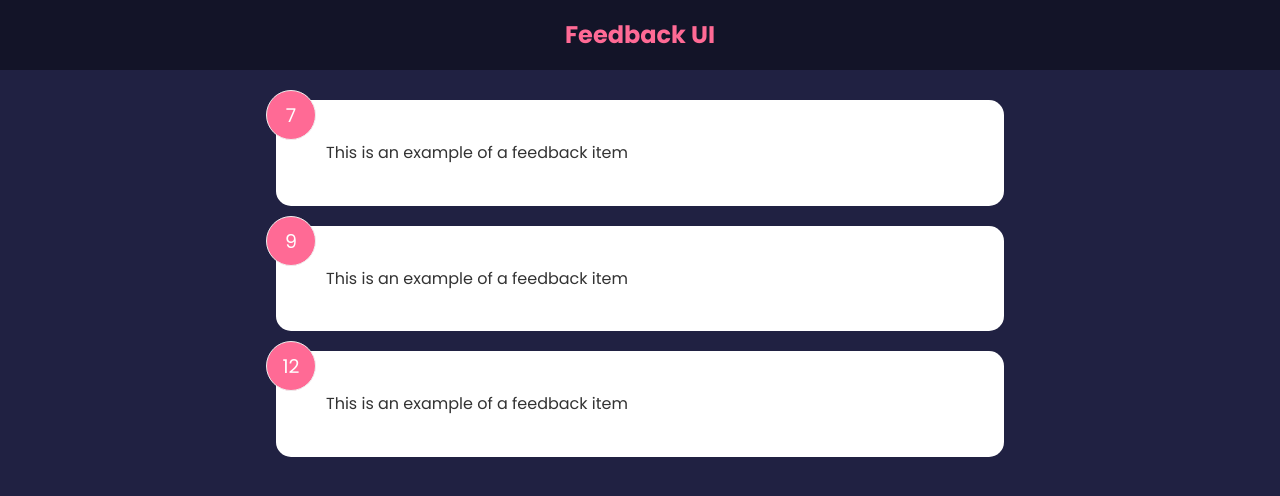
Repository: bayorwor/feedbackapp
Page: /
These files come from the project's save history. The page is drawn as it stood at one moment and after the next save; the edit follows.
The browser window is 1280 px wide. The pictures show the whole page.
The project was rebuilt for these pictures with package versions that can differ from the ones it lists, and the page was loaded fresh each time.

Above is the page before, as saved 2022-01-30 17:53:19.

### public/index.html
<!DOCTYPE html>
<html lang="en">
  <head>
    <meta charset="utf-8" />
    <link rel="icon" href="%PUBLIC_URL%/favicon.ico" />
    <meta name="viewport" content="width=device-width, initial-scale=1" />
    <meta name="theme-color" content="#000000" />
    <meta
      name="description"
      content="Web site created using create-react-app"
    />
    <link rel="apple-touch-icon" href="%PUBLIC_URL%/logo192.png" />
    <link rel="manifest" href="%PUBLIC_URL%/manifest.json" />
    <title>feedback app</title>
  </head>
  <body>
    <noscript>You need to enable JavaScript to run this app.</noscript>
    <div id="root"></div>
  </body>
</html>

### src/App.js
import { useState } from "react";
import Header from "./components/Header";
import feedbackData from "./data/feedBacks";
import FeedbackList from "./components/FeedbackList";

const App = () => {
  const [feedback, setFeedback] = useState(feedbackData);

  return (
    <>
      <Header />
      <div className="container">
        <FeedbackList feedback={feedback} />
      </div>
    </>
  );
};

export default App;

### src/components/Header.jsx
import React from "react";
import PropTypes from "prop-types";

const Header = ({ text, bgColor, textColor }) => {
  const headerStyle = {
    backgroundColor: bgColor,
    color: textColor,
  };

  return (
    <header style={headerStyle}>
      <div className="container">
        <h2>{text}</h2>
      </div>
    </header>
  );
};

Header.defaultProps = {
  text: "Feedback UI",
  bgColor: "rgba(0, 0, 0, 0.4)",
  textColor: "#ff6a95",
};

Header.propTypes = {
  text: PropTypes.string,
  bgColor: PropTypes.string,
  textColor: PropTypes.string,
};

export default Header;

### src/data/feedBacks.js
const feedbackData = [
  {
    rating: 7,
    text: "This is an example of a feedback item",
    id: 1,
  },
  {
    rating: 9,
    text: "This is an example of a feedback item",
    id: 2,
  },
  {
    rating: 12,
    text: "This is an example of a feedback item",
    id: 3,
  },
];

export default feedbackData;

### src/components/FeedbackList.jsx
import React from "react";
import FeedbaackItem from "./FeedbaackItem";

function FeedbackList({ feedback }) {
  if (!feedback || feedback.length === 0) {
    return <p>There are no feedbacks to display</p>;
  }

  return (
    <div className="feedback-list">
      {feedback.map((feedback) => (
        <FeedbaackItem key={feedback.id} feedback={feedback} />
      ))}
    </div>
  );
}

export default FeedbackList;

### src/components/FeedbaackItem.jsx
function FeedbaackItem({ feedback }) {
  return (
    <div className="card">
      <div className="num-display">{feedback.rating}</div>
      <div className="text-display">{feedback.text}</div>
    </div>
  );
}

export default FeedbaackItem;

Loaded but not shown: src/index.js (common file); src/index.css (common file)

After the next save:
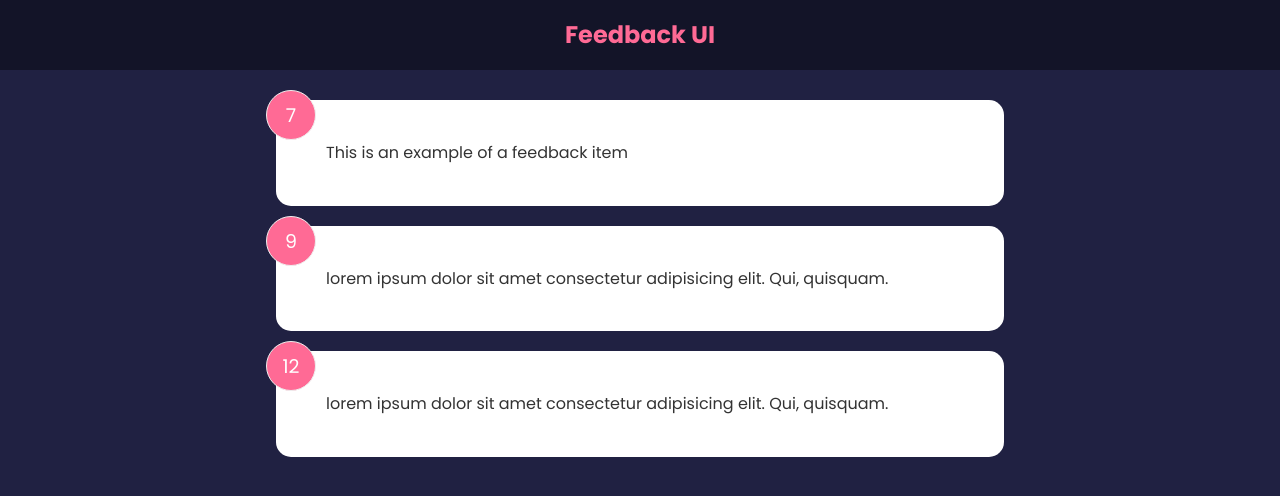
Saved 40 s later.
--- a/src/data/feedBacks.js
+++ b/src/data/feedBacks.js
@@ -6,12 +6,12 @@ const feedbackData = [
   },
   {
     rating: 9,
-    text: "This is an example of a feedback item",
+    text: "lorem  ipsum dolor sit  amet consectetur adipisicing elit. Qui, quisquam.",
     id: 2,
   },
   {
     rating: 12,
-    text: "This is an example of a feedback item",
+    text: "lorem  ipsum dolor sit  amet consectetur adipisicing elit. Qui, quisquam.",
     id: 3,
   },
 ];
